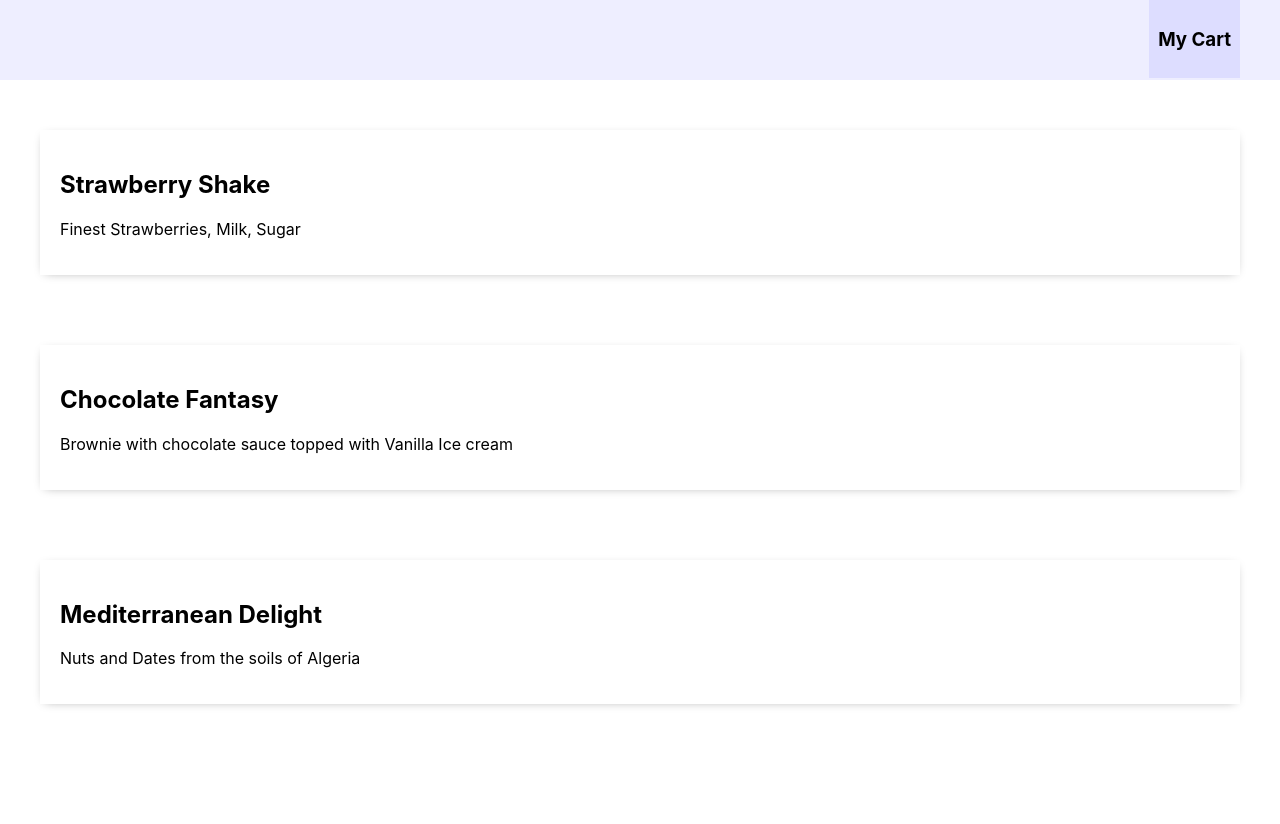
Repository: suhail-yazdan/shopping-cart-react
Page: /
An editor plug-in stored every save of this project. The page is shown before and after the next save, followed by the edit.
The browser window is 1280 px wide. The pictures show the whole page.
The project was rebuilt for these pictures with package versions that can differ from the ones it lists, and the page was loaded fresh each time.

Above is the page before, as saved 2023-10-07 13:23:14.

### src/App.js
import { useState } from 'react';
import './App.css';
import Card from "./Card.jsx";
import Cart from "./Cart.jsx";

function App() {
  const [displayCart, setDisplayCart] = useState(false);
  const [products, setProducts] = useState([
    {
      pid: 1,
      name: "Strawberry Shake",
      desc: "Finest Strawberries, Milk, Sugar",
      price: 149,
      quantity: 0
    },
    {
      pid: 2,
      name: "Chocolate Fantasy",
      desc: "Brownie with chocolate sauce topped with Vanilla Ice cream",
      price: 249,
      quantity: 0
    },
    {
      pid: 3,
      name: "Mediterranean Delight",
      desc: "Nuts and Dates from the soils of Algeria",
      price: 329,
      quantity: 0
    }
  ])

  const handleQuantityIncreased = (prod, e) =>{
    e.stopPropagation();
    let sProducts = [...products];
    const ind = sProducts.indexOf(prod);
    if(sProducts[ind].quantity >= 0) sProducts[ind].quantity++;
    setProducts(sProducts)
    setDisplayCart(true)
  }

  const handleQuantityDecreased = (prod, e) =>{
    e.stopPropagation();
    let sProducts = [...products];
    const ind = sProducts.indexOf(prod);
    if(sProducts[ind].quantity > 0) sProducts[ind].quantity--;
    setProducts(sProducts)
    setDisplayCart(true)
  }

  return (
    <div>
      <header>
        <div className="grid1200">
          <Cart showCart={displayCart} />
        </div>
      </header>

      <main>
        <div className="grid1200">
          {products.map((product) => (
            <Card
              key = {product.pid}
              productDetail = {product}
              onQuantityIncreased = {e => handleQuantityIncreased(product, e)}
              onQuantityDecreased = {e => handleQuantityDecreased(product, e)}
            />
          ))}
        </div>
      </main>
    </div>
  );
}

export default App;

### src/App.css
main {
  padding: 50px 0px;
}

div.grid1200 {
  width: 1200px;
  margin: 0px auto;
}

header {
  height: 80px;
  background-color: #eef;
}

### src/Card.jsx
import React, { useState } from 'react'
import Counter from './Counter'
import "./cardstyle.css"

const Card = (props) => {
  const [cardSelected, setCardSelected] = useState(false)

  const getCardClass = () => {
    let cardClass = cardSelected === true ? "card selected" : "card deselected";
    return cardClass
  }

  const getOverlayState = () => {
    let overlayClass = cardSelected === true ? "overlay show" : "overlay hide";
    return overlayClass;
  };

  return (
    <div className={getCardClass()} onClick={() => setCardSelected(!cardSelected)}>
      <h2> {props.productDetail.name} </h2>
      <p>{props.productDetail.desc}</p>
      <div className={getOverlayState()}>
        <Counter
          product = {props.productDetail}
          onIncrement={props.onQuantityIncreased}
          onDecrement={props.onQuantityDecreased}
          />
      </div>
    </div>
  )
}

export default Card

### src/Cart.jsx
import "./cartstyle.css"

const Cart = (props) => {
  return (
    <div className="cart">
      <h3> My Cart </h3>
      {props.showCart &&
      <div className="">
        <ul>
            <li>
              0
            </li>
        </ul>
      </div>


      }

    </div>
  )
}

export default Cart

### src/Counter.js
import "./counterstyle.css";

export default function Counter(props) {
    return (
      <div className="counter">
        Quantity &nbsp;
        <span className={props.product.quantity === 0 ? "badge badge-warning" : "badge badge-primary"}>
          {props.product.quantity === 0 ? "Zero": props.product.quantity}
        </span>
        &nbsp;
        <button className="btn btn-secondary" onClick={props.onIncrement}>
          +
        </button>
        <button className="btn btn-secondary" onClick={props.onDecrement}>
          -
        </button>
      </div>
    );
}

### src/cardstyle.css
.card {
  padding: 20px;
  margin-bottom: 70px;
  cursor: pointer;
  box-shadow: 0px 2px 10px -5px rgba(0, 0, 0, 0.4);
  position: relative;
}

.selected {
  background-color: rgba(220, 235, 255, 0.7);
}

.deselected {
  background-color: white;
}

.overlay {
  width: 100%;
  height: 100%;
  position: absolute;
  z-index: 20;
  top: 0px;
  left: 0px;
}

.show {
  display: block;
}

.hide {
  display: none;
}

### src/cartstyle.css
div.cart {
  padding: 9px;
  background-color: #ddf;
  float: right;
  position: relative;
  cursor: pointer;
}

div.popup {
  position: absolute;
  z-index: 200;
  width: 200px;
  height: 150px;
  padding: 15px 20px;
  background-color: #ccd;
  top: 80px;
  right: 0px;
}

.menu-on {
  display: block;
}

.menu-off {
  display: none;
}

.cart ul {
  margin: 0px;
  padding: 0px;
  list-style-type: none;
}

.cart ul li {
  line-height: 40px;
}

### src/counterstyle.css
.counter {
    float: right;
    margin-top: 65px;
    margin-right: 50px;
    display: flex;
    align-items: center;
  }

  .badge {
    padding: 2px 8px;
    border-radius: 6px;
    background-color: #222;
    font-weight: bold;
  }

  .badge-primary {
    background-color: #36b;
    color: white;
  }

  .badge-secondary {
    background-color: #666;
    color: white;
  }

  .badge-warning {
    background-color: #db0;
    color: black;
  }

  .btn {
    padding: 4px 8px;
    border-radius: 3px;
    cursor: pointer;
    background-color: #222;
    color: white;
    border: none;
    margin-left: 3px;
  }

  .btn-secondary {
    background-color: #666;
  }

  .btn-danger {
    background-color: #d33;
  }

Loaded but not shown: public/index.html (common file); src/index.js (common file); src/index.css (common file); src/reportWebVitals.js (common file)

After the next save:
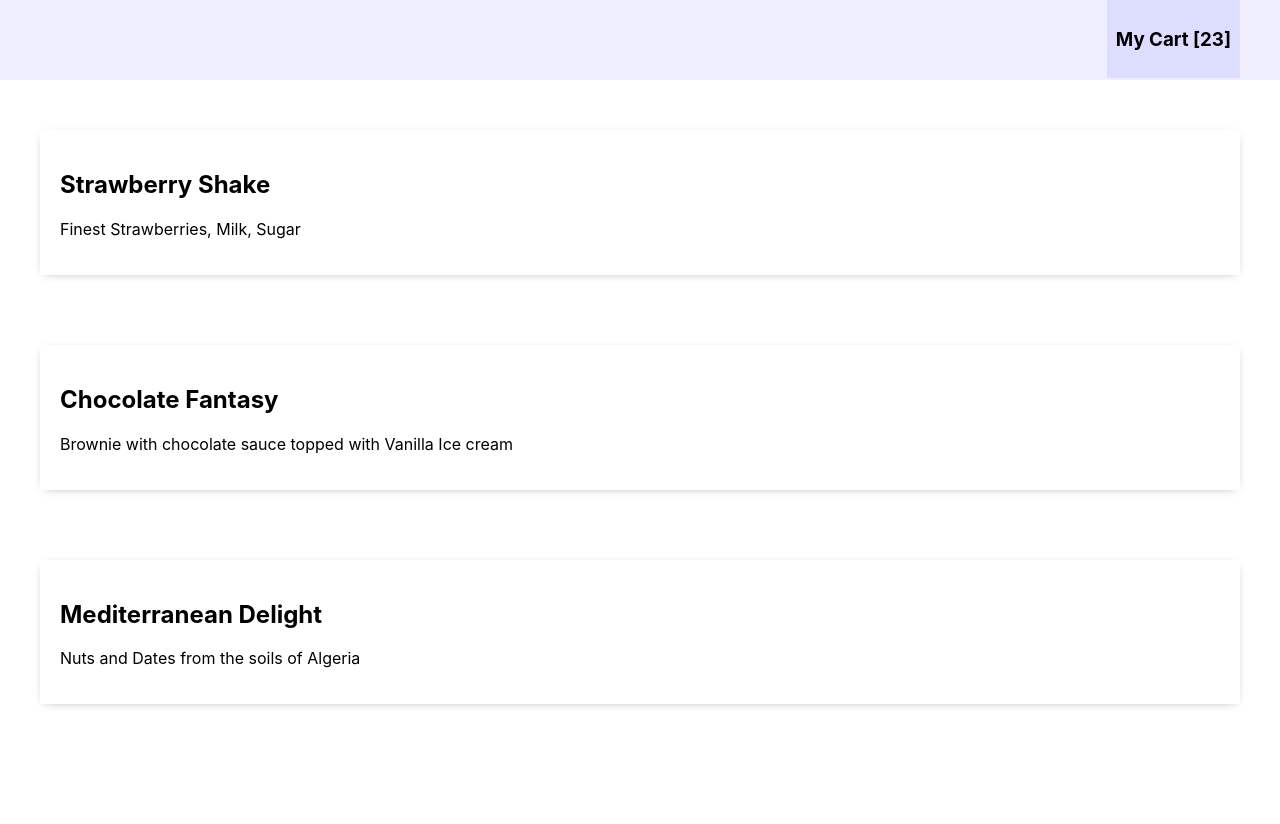
Saved 36 s later.
--- a/src/Cart.jsx
+++ b/src/Cart.jsx
@@ -3,7 +3,7 @@ import "./cartstyle.css"
 const Cart = (props) => {
   return (
     <div className="cart">
-      <h3> My Cart </h3>
+      <h3> My Cart [23] </h3>
       {props.showCart &&
       <div className="">
         <ul>
